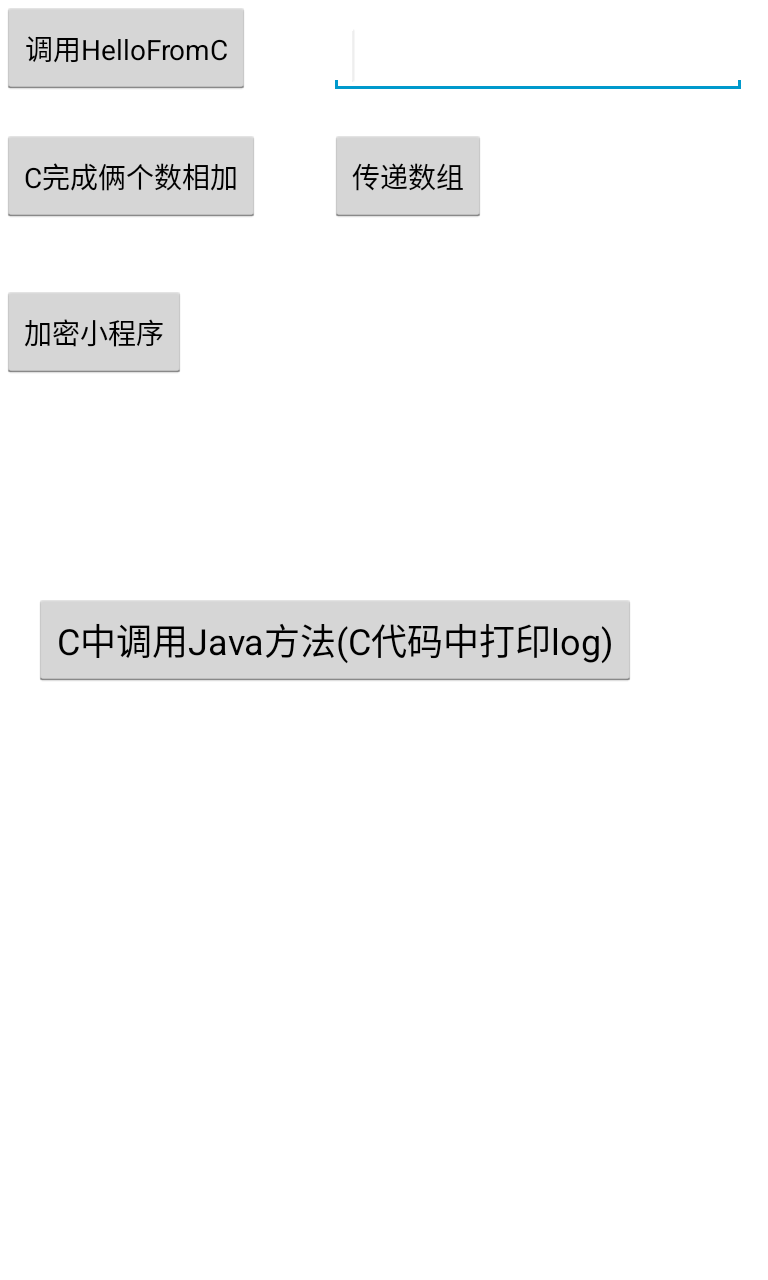
Repository: IvyZh/hm66
Layout: 黑马基础项目/res/layout/activity_jni.xml
These files come from the project's save history. The layout is drawn as it stood at one moment and after the next save; the edit follows.
It is drawn on a 768 x 1280 px phone screen (xhdpi) without system bars, with theme AppTheme; the app's code is not run.

Above is the layout before, as saved 2016-05-29 20:10:44.

After the next save:
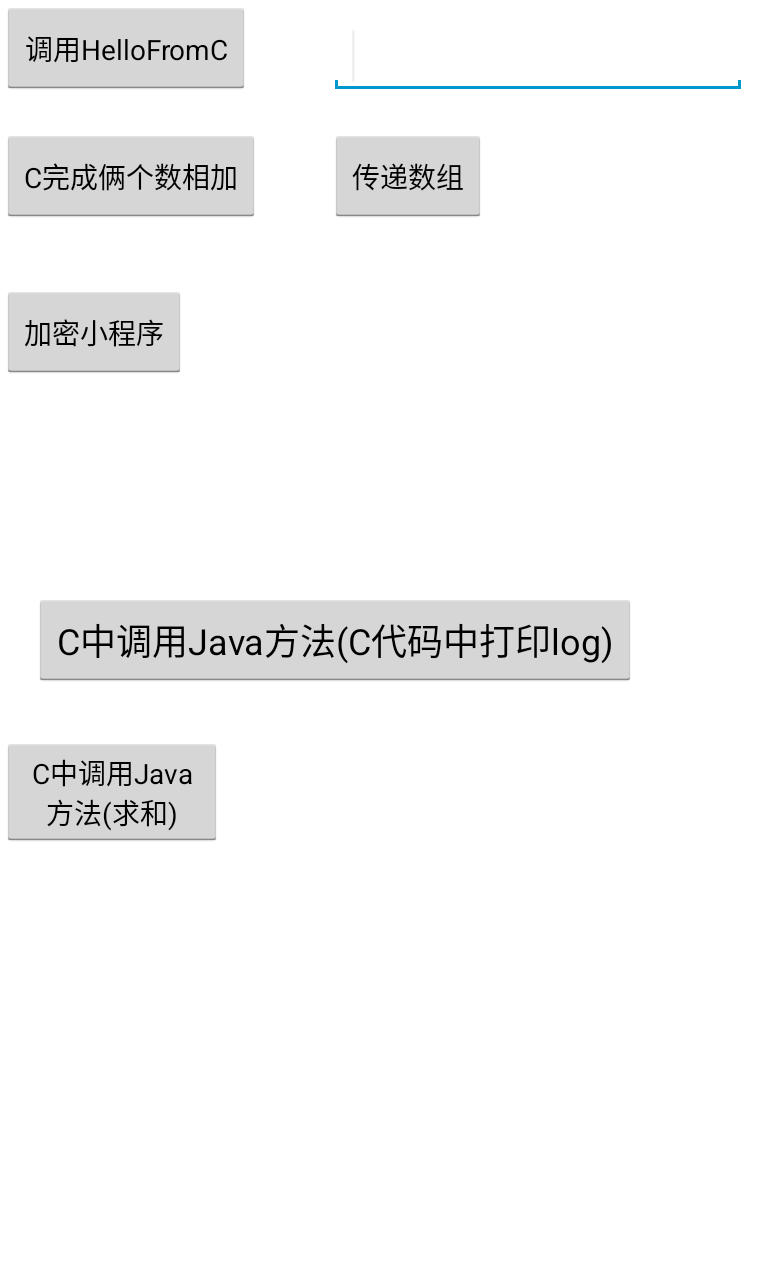
Saved 3 min 55 s later.
--- a/黑马基础项目/res/layout/activity_jni.xml
+++ b/黑马基础项目/res/layout/activity_jni.xml
@@ -69,4 +69,15 @@
         android:onClick="click5"
         android:text="C中调用Java方法(C代码中打印log)" />
 
+    <Button
+        android:id="@+id/button6"
+        style="?android:attr/buttonStyleSmall"
+        android:layout_width="wrap_content"
+        android:layout_height="wrap_content"
+        android:layout_alignRight="@+id/button1"
+        android:layout_below="@+id/button5"
+        android:layout_marginRight="14dp"
+        android:layout_marginTop="24dp"
+        android:text="C中调用Java方法(求和)" />
+
 </RelativeLayout>
